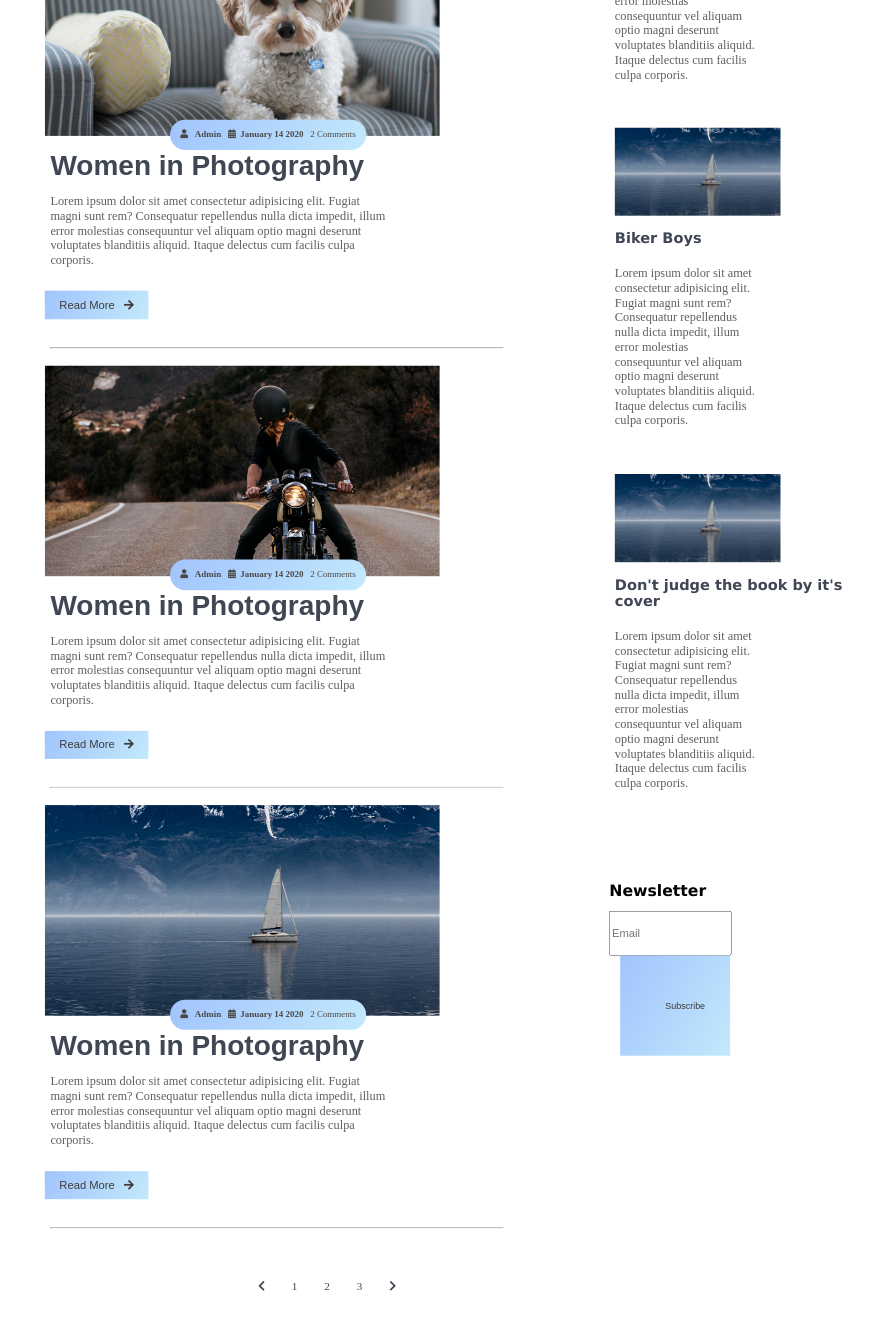
Repository: premjawaharp/Blogsite
Page: index.html
An editor plug-in stored every save of this project. The page is shown before and after the next save, followed by the edit.
The browser window is 1280 px wide. The pictures show the part of the page from y = 2033 to 3953 px (the page is 3953 px tall), at 70% of full size.

Above is the page before, as saved 2020-09-16 21:38:20.

After the next save:
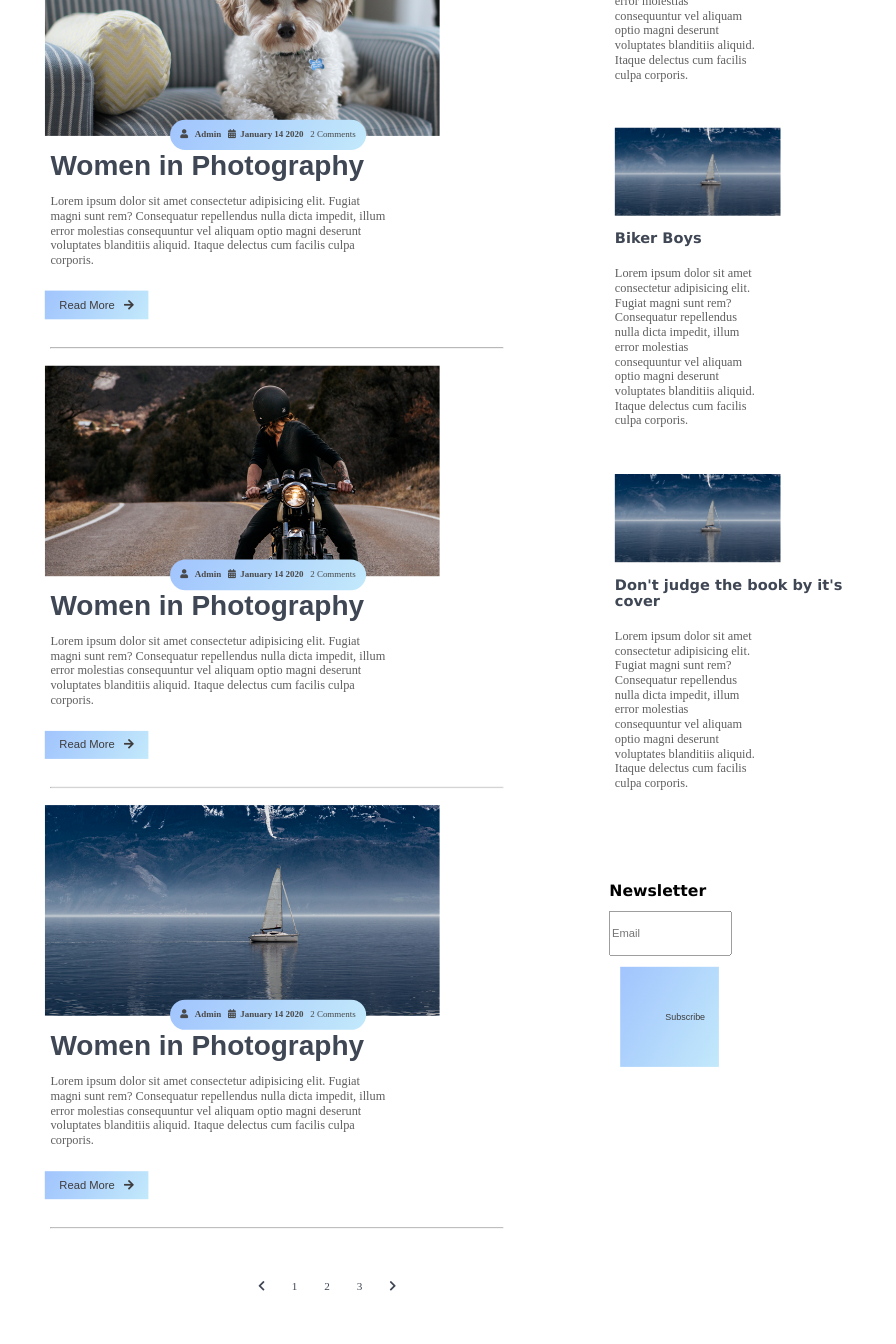
Saved 7 s later.
--- a/css/style.css
+++ b/css/style.css
@@ -408,7 +408,7 @@ main .post-content .post-btn {
 main .news-letter .news-form .new-form-btn {
     border-radius: 0;
     padding: 4rem;
-    margin-left: 1rem;
+    margin: 1rem;
     background: var(--water-sky);
     font-size:1vw;
 }
